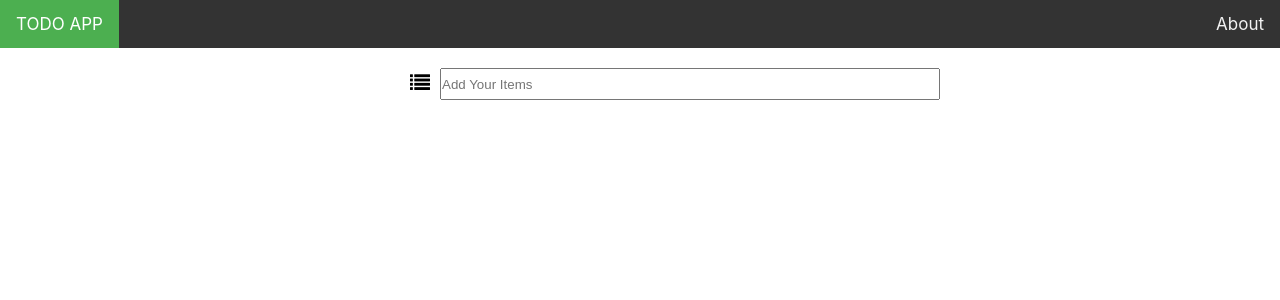
Repository: hoangphuong965/myTodoList
Page: /
The author's editor kept a copy of each file at every save. The page is drawn from the files as they stood at one save, then again after the next save.
The browser window is 1280 px wide. The pictures show the whole page.
The project was rebuilt for these pictures with package versions that can differ from the ones it lists, and the page was loaded fresh each time.

Above is the page before, as saved 2020-06-01 09:45:55.

After the next save:
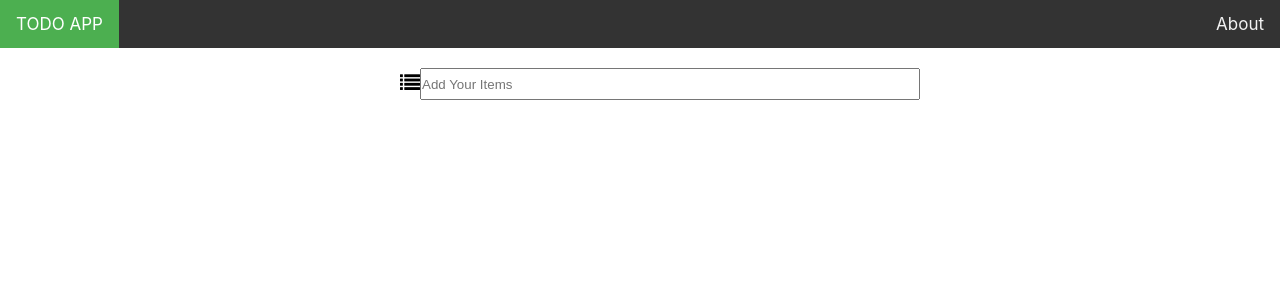
Saved 15 s later.
--- a/src/components/todo.css
+++ b/src/components/todo.css
@@ -12,7 +12,7 @@
 .input{
     width: 500px;
     height: 2rem;
-    margin: 10px;
+    margin: 10px 0px 0px ;
 }
 
 .form{
